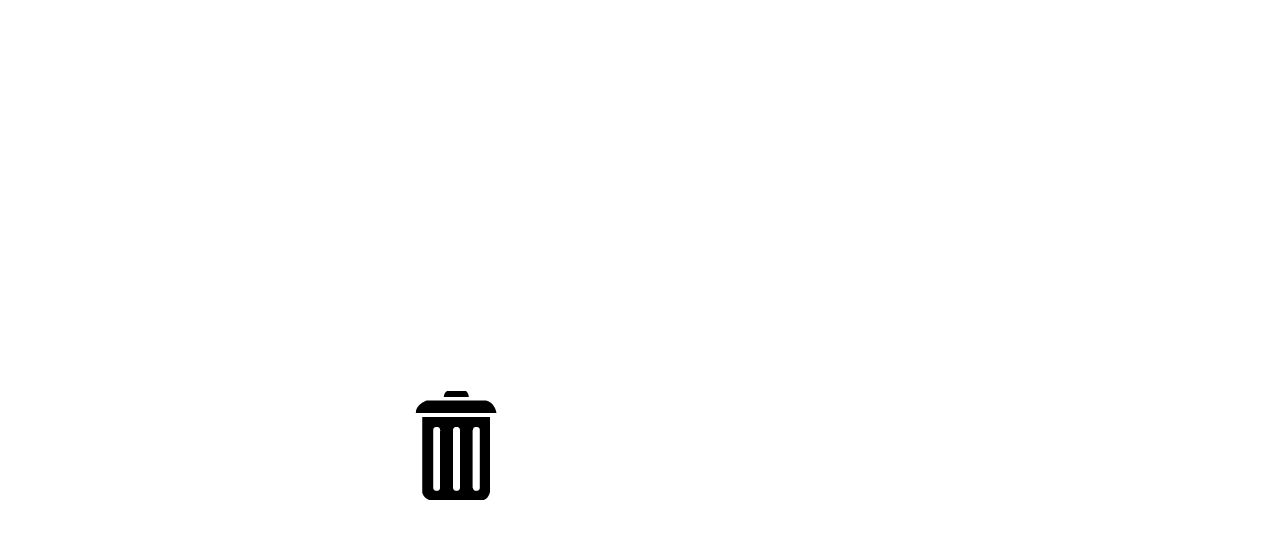
Repository: raghu225/raghu225.github.io
Page: space/index.html
The author's editor kept a record of every edit. The page is drawn from the files as they stood at one moment, then again after the next edit.
The browser window is 1280 px wide. The pictures show the whole page.

Above is the page before.

After the next edit:
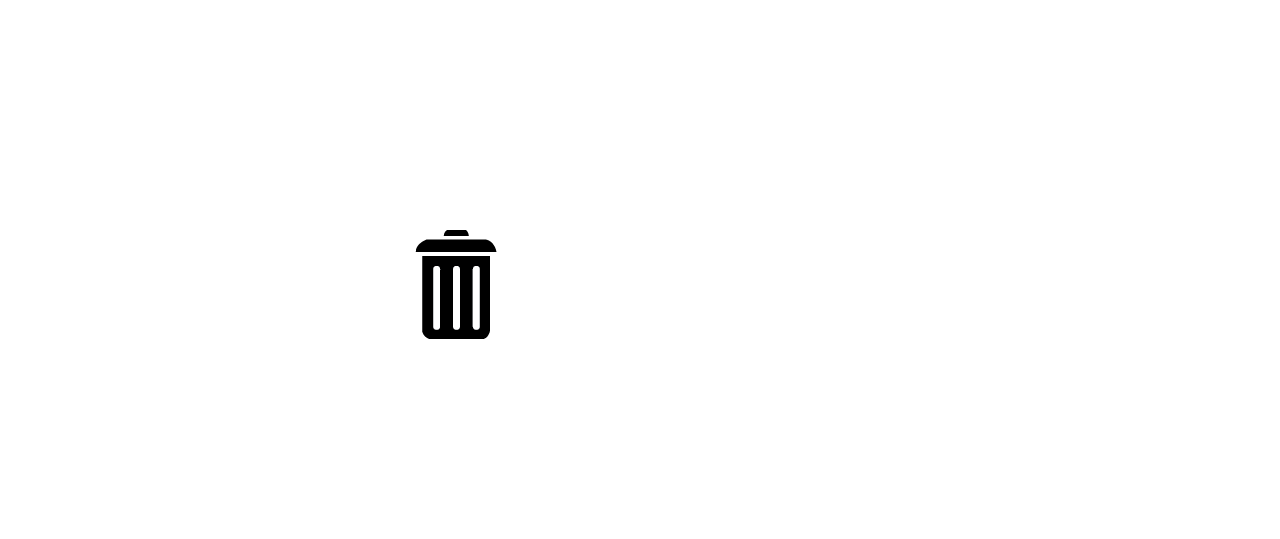
The edit:
--- a/space/assets/css/style.css
+++ b/space/assets/css/style.css
@@ -1,7 +1,7 @@
 #bin {
   position:absolute;
-  height:281px;
-  width:450px;
+  height:120px;
+  width:90px;
   margin:0 auto;
   top: 50%;
   left: 50%;
